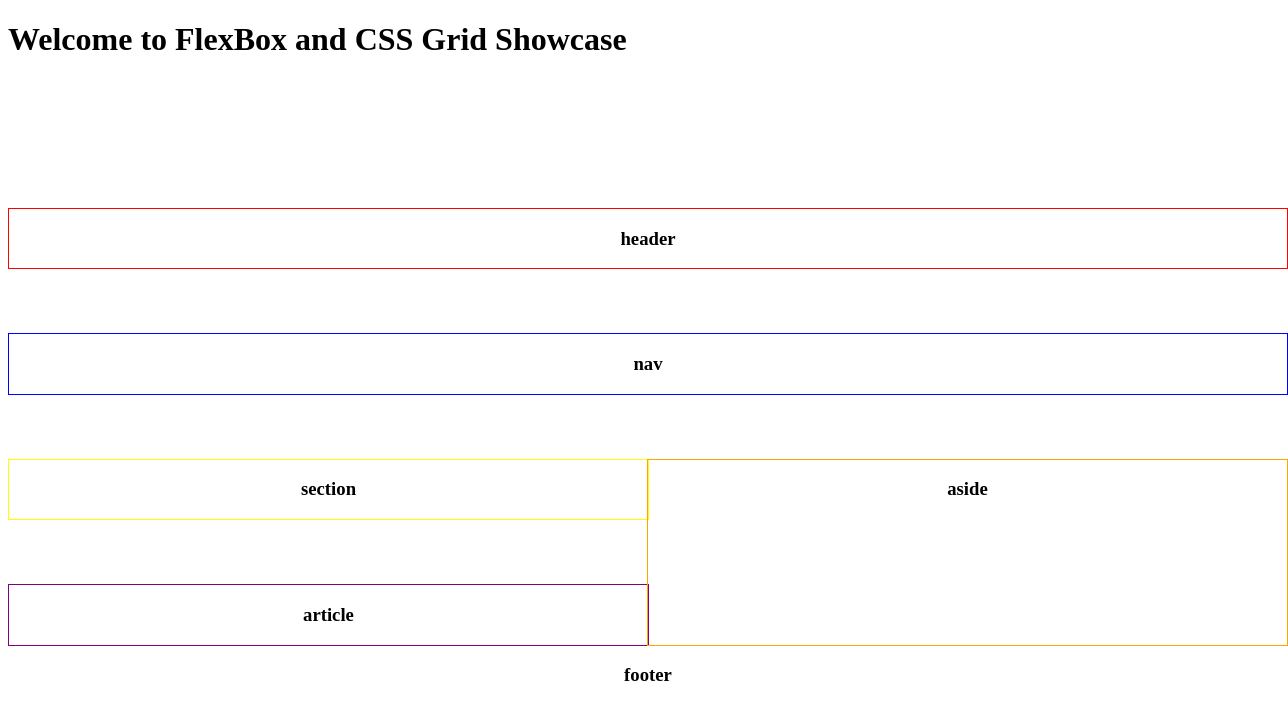
Repository: Awhit-commits/CSS_GRID_AND_FLEXBOX_LESSON
Page: index.html
The author's editor kept a copy of each file at every save. The page is drawn from the files as they stood at one save, then again after a run of saves.
The browser window is 1280 px wide. The page is 1288 px wide, so the pictures cover 1288 px, including what lies to the right of the window. The pictures show the whole page.

Above is the page before, as saved 2020-12-21 18:32:45.

### index.html
<!DOCTYPE html>
<html lang="en">

<head>
    <meta charset="UTF-8">
    <meta name="viewport" content="width=device-width, initial-scale=1.0">
    <title>Document</title>
    <link rel="stylesheet" href="style.css">
</head>

<body>
    <h1>Welcome to FlexBox and CSS Grid Showcase</h1>
    <div class="containerFlex">
        <div class="headerArea">
            <div class="header">
                <h3>header</h3>

            </div>
            <div class="nav">
                <h3>nav</h3>
            </div>
        </div>
        <div class="main">
            <div class="mainArea">
            <div class="section">
                <h3>section</h3>
            </div>
            <div class="article">
                <h3>article</h3>
            </div>
            </div>

            <div class="aside">
                <h3>aside</h3>
            </div>
        </div>
        <div class="footer">
            <h3>footer</h3>
        </div>
    </div>
    <script src="script.js"></script>
</body>

</html>

### style.css
body{
    width: 100%;
}
.containerFlex {
    display: flex;
    flex-direction: column;
    /* flex-wrap: nowrap; */
    /* justify-content: space-between; */
    text-align: center;
    /* text-align: center; */

}

.main{
    /* align-self: start; */

    display: flex;
    flex-direction:row;
    /* flex-grow: 1; */
    flex: 1 1 auto;
    /* width: 100%; */

}
.headerArea{
    /* display: flex; */
    /* flex-direction: column; */
    /* justify-content:center */
    /* width: 100%; */

}
.mainArea{
    display: flex;
    flex-direction: column;
    width:100%;
    align-items:flex-start;
    text-align: center;
    /* flex: 2 auto; */
}
.header{
    /* flex: 1 1 auto; */
    /* padding: 10%; */
    margin-top: 10%;
    border: 1px solid red;
    /* width: 100%; */
}

.nav{
    /* flex: 1 auto; */
    margin:5% 0;
    /* padding:10%; */
    border: 1px solid blue;
    /* width: 100%; */
}

.article{
    border: 1px purple solid;
    width: 100%;
}
.aside{
    /* display: flex; */
    /* align-items:center; */
    align-items:center;
    /* text-align: center; */
    justify-content:flex-end;
    /* margin-right: 10%; */
    border: 1px orange solid;
    width: 100%;


}
.section{
    width: 100%;
    border: 1px yellow solid;
    margin-bottom: 10%;
}

.footer{
    display: flex;
    align-items: center;
    flex-direction: column;
}

### script.js
console.log(`Hello World`);

After the next 3 saves:
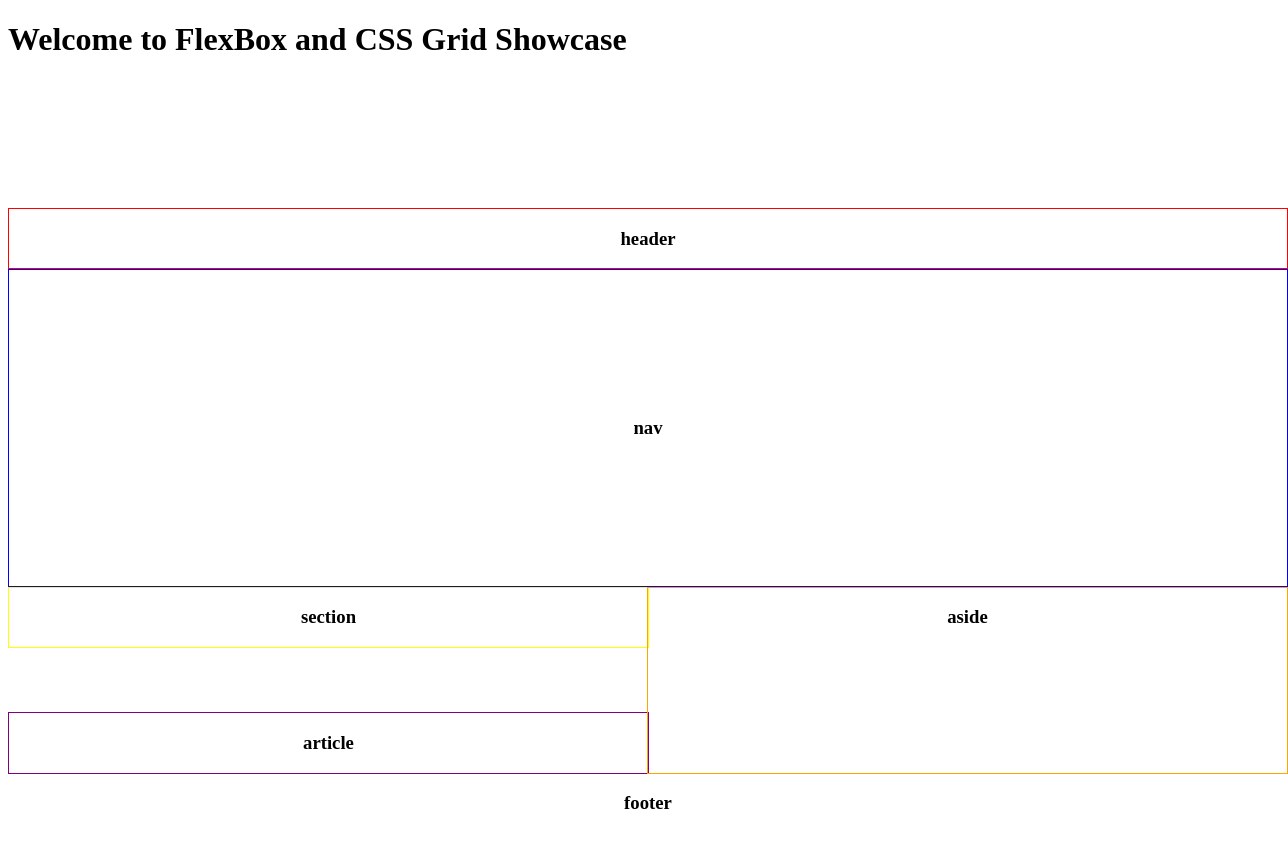
The 3 saves are shown as one change because they came seconds apart.
The last was saved 62 s later.
--- a/style.css
+++ b/style.css
@@ -46,8 +46,8 @@ body{
 
 .nav{
     /* flex: 1 auto; */
-    margin:5% 0;
-    /* padding:10%; */
+    /* margin:5% 0; */
+    padding:10% 0 ;
     border: 1px solid blue;
     /* width: 100%; */
 }
